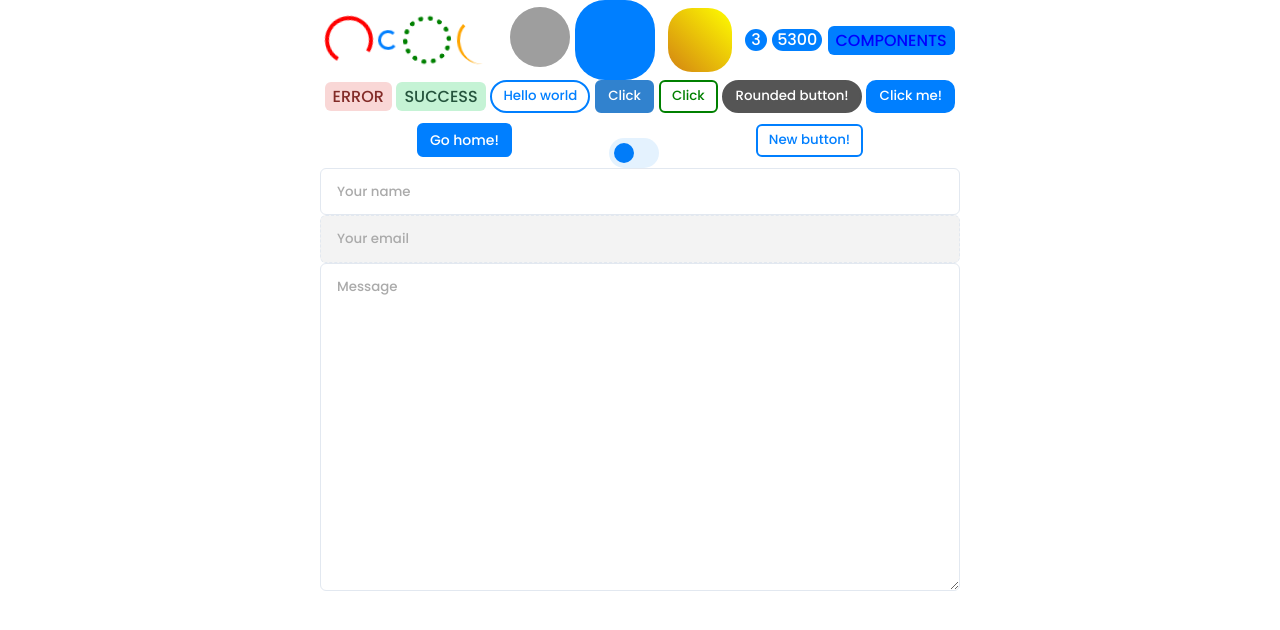
Repository: langf00rd/milky-ui
Page: / (app in example/)
These files come from the project's save history. The page is drawn as it stood at one moment and after the next save; the edit follows.
The browser window is 1280 px wide. The pictures show the whole page.
Pictures or frames that could not be fetched are drawn as grey boxes. The project was rebuilt for these pictures with package versions that can differ from the ones it lists, and the page was loaded fresh each time.

Above is the page before, as saved 2022-08-12 13:50:04.

### example/public/index.html
<!DOCTYPE html>
<html lang="en">
  <head>
    <meta charset="utf-8" />
    <link rel="shortcut icon" href="%PUBLIC_URL%/favicon.ico" />
    <meta
      name="viewport"
      content="width=device-width, initial-scale=1, shrink-to-fit=no"
    />
    <meta name="theme-color" content="#000000" />

    <!--
      manifest.json provides metadata used when your web app is added to the
      homescreen on Android. See https://developers.google.com/web/fundamentals/engage-and-retain/web-app-manifest/
    -->
    <link rel="manifest" href="%PUBLIC_URL%/manifest.json" />

    <!--
      Notice the use of %PUBLIC_URL% in the tags above.
      It will be replaced with the URL of the `public` folder during the build.
      Only files inside the `public` folder can be referenced from the HTML.

      Unlike "/favicon.ico" or "favicon.ico", "%PUBLIC_URL%/favicon.ico" will
      work correctly both with client-side routing and a non-root public URL.
      Learn how to configure a non-root public URL by running `npm run build`.
    -->
    <title>milky-ui</title>
  </head>

  <body>
    <noscript>
      You need to enable JavaScript to run this app.
    </noscript>

    <div id="root"></div>

    <!--
      This HTML file is a template.
      If you open it directly in the browser, you will see an empty page.

      You can add webfonts, meta tags, or analytics to this file.
      The build step will place the bundled scripts into the <body> tag.

      To begin the development, run `npm start` or `yarn start`.
      To create a production bundle, use `npm run build` or `yarn build`.
    -->
  </body>
</html>

### example/src/index.css
@import url('https://fonts.googleapis.com/css2?family=Poppins:wght@300;400;500;600&display=swap');

body {
  margin: 0;
  padding: 0;
  font-family: -apple-system, BlinkMacSystemFont, 'Segoe UI', 'Roboto', 'Oxygen',
    'Ubuntu', 'Cantarell', 'Fira Sans', 'Droid Sans', 'Helvetica Neue',
    sans-serif;
  -webkit-font-smoothing: antialiased;
  -moz-osx-font-smoothing: grayscale;
}

* {
  font-family: 'Poppins', sans-serif;
  font-weight: 500;
}

code {
  font-family: source-code-pro, Menlo, Monaco, Consolas, 'Courier New',
    monospace;
}

main {
  display: flex;
  align-items: center;
  flex-wrap: wrap;
  justify-content: space-evenly;
  /*height: 20vh;*/
  width: 50vw;
  margin: auto;
  /*margin-top: 100px;*/
}

input {
  /*margin: 20px;*/
}

### example/src/App.js
import React from "react";
import { useState } from "react";
import { Avatar, Label,Spinner, Meta, Badge, Switch, Button, Input, OutlineButton } from "milky-ui";

const App = () => {
  const [isSwitched, setIsSwitched] = useState(false);

  const buttonClick=()=>{
    alert("Yay! button clicked")
  }

  return (
    <main>
      <Meta
        title="Milky UI Components"
        description="Random description"
        twitterDescription="Twitter description"
        image="https://blog.urbanpiper.com/content/images/2021/06/logo-react.png"
      />
      <Spinner speed={'.5s'} thickness={'4px'} color={'red'} />
      <Spinner thickness={'3px'} size={'20px'} />
      <Spinner color={'green'} variant={1} />
      <Spinner color={'orange'} variant={2} />
      <Avatar src="https://blog.urbanpiper.com/content/images/2021/06/logo-react.png" />
      <Avatar isEmpty={true} radius="30px" bg="#007fff" size="80px" />
      <Avatar isEmpty={true} custom={"transform: scale(.8)"} radius="30px" bg="linear-gradient(45deg, #D38312, yellow)"
              size="80px" />
      <Badge label="3" />
      <Badge label="5300" />
      <Label color='blue' text='COMPONENTS' />
      <Label type='error' text='ERROR' />
      <Label type='success' text='SUCCESS' />
      <OutlineButton label={"Hello world"} radius={"1000px"} hoverColor={"red"} />
      <Button bg='#3182ce' label='Click'/>
      <OutlineButton color='green' label='Click'/>
      <Button hoverBg={"green"} radius="9999px" label="Rounded button!" bg={"#555"} />
      <Button radius={"10px"} action={buttonClick} label="Click me!" />
      <Button to={"/home"} label={"Go home!"} />
      <Switch onChange={() => {
        setIsSwitched(!isSwitched);
      }} value={isSwitched} />
      <OutlineButton action={buttonClick} label="New button!" />
      <Input placeholder="Your name" />
      <Input borderStyle='dashed' disabled placeholder="Your email" />
      <Input isMultiline={true} height="300px" resize="vertical" placeholder="Message" />
    </main>
  );
};

export default App;

### src/index.js
export { OutlineButton } from './components/buttons/OutlineButton'
export { Button } from './components/buttons/Button'
export { Input } from './components/inputs/Input'
export { Spinner } from './components/Spinner'
export { Switch } from './components/Switch'
export { Avatar } from './components/Avatar'
export { Badge } from './components/Badge'
export { Label } from './components/Label'
export { Meta } from './components/Meta'

### src/components/buttons/OutlineButton/index.js
import React from 'react'
import { StyledOutlinedButton } from './styles'

export const OutlineButton = ({
  height = '',
  width = '',
  radius = '',
  color = '',
  hoverColor = '',
  label = '',
  action = () => {},
  custom
}) => {
  return (
    <StyledOutlinedButton
      height={height}
      width={width}
      hoverColor={hoverColor}
      radius={radius}
      color={color}
      onClick={action}
      custom={custom}
    >
      {label}
    </StyledOutlinedButton>
  )
}

### src/components/buttons/Button/index.js
import React from 'react'
import { StyledMButton, StyledMLinkButton } from './styles'

const LinkButton = ({ props }) => {
  const {
    bg,
    to,
    radius,
    label,
    height,
    width,
    borderColor,
    textColor,
    hoverTextColor,
    hoverBg,
    action,
    custom
  } = props
  return (
    <StyledMLinkButton
      bg={bg}
      href={to}
      radius={radius}
      height={height}
      width={width}
      borderColor={borderColor}
      textColor={textColor}
      hoverTextColor={hoverTextColor}
      hoverBg={hoverBg}
      onClick={action}
      custom={custom}
    >
      {label}
    </StyledMLinkButton>
  )
}

/***/

const DefaultButton = ({ props }) => {
  const {
    bg,
    radius,
    label,
    height,
    width,
    borderColor,
    textColor,
    hoverTextColor,
    hoverBg,
    action,
    custom
  } = props
  return (
    <StyledMButton
      bg={bg}
      radius={radius}
      height={height}
      width={width}
      borderColor={borderColor}
      textColor={textColor}
      hoverTextColor={hoverTextColor}
      hoverBg={hoverBg}
      onClick={action}
      custom={custom}
    >
      {label}
    </StyledMButton>
  )
}

export const Button = (props) => {
  const { to } = props
  if (to) return <LinkButton props={props} />
  return <DefaultButton props={props} />
}

### src/components/inputs/Input/index.js
import React from 'react'
import { StyledInput, StyledMultilineInput } from './styles'

export const Input = ({
  disabled = false,
  height = '',
  resize = '',
  padding = '',
  isMultiline = false,
  onChange = () => {},
  value,
  focusBg = '',
  focusBorderColor = '',
  width = '',
  radius = '',
  placeholder = '',
  borderStyle = '',
  placeholderColor = '',
  borderColor = '',
  bg = '',
  borderWidth = '',
  custom
}) => {
  if (isMultiline)
    return (
      <StyledMultilineInput
        focusBorderColor={focusBorderColor}
        placeholder={placeholder}
        onChange={onChange}
        disabled={disabled}
        custom={custom}
        focusBg={focusBg}
        padding={padding}
        borderWidth={borderWidth}
        resize={resize}
        radius={radius}
        height={height}
        value={value}
        borderStyle={borderStyle}
        placeholderColor={placeholderColor}
        borderColor={borderColor}
        width={width}
        bg={bg}
      />
    )

  return (
    <StyledInput
      focusBorderColor={focusBorderColor}
      placeholder={placeholder}
      onChange={onChange}
      disabled={disabled}
      focusBg={focusBg}
      padding={padding}
      borderWidth={borderWidth}
      radius={radius}
      borderStyle={borderStyle}
      placeholderColor={placeholderColor}
      borderColor={borderColor}
      value={value}
      width={width}
      bg={bg}
    />
  )
}

### src/components/Spinner/index.js
import React from 'react'
import { StyledSpinner, StyledSpinner1, StyledSpinner2 } from './styles'

export const Spinner = (props) => {
  const { size, color, variant, thickness, speed } = props
  if (variant === 1)
    return (
      <StyledSpinner1
        thickness={thickness}
        speed={speed}
        size={size}
        color={color}
      />
    )
  if (variant === 2)
    return (
      <StyledSpinner2
        thickness={thickness}
        speed={speed}
        size={size}
        color={color}
      />
    )
  return (
    <StyledSpinner
      thickness={thickness}
      speed={speed}
      size={size}
      color={color}
    />
  )
}

### src/components/Switch/index.js
import React from 'react'
import { StyledLabel, StyledSwitch } from './style'

export const Switch = ({
  value = false,
  onChange = () => {},
  thumbColor = '',
  activeColor = '',
  inactiveColor = ''
}) => {
  return (
    <span>
      <StyledSwitch
        activeColor={activeColor}
        checked={value}
        onChange={onChange}
        type='checkbox'
        id='switch'
      />
      <StyledLabel
        thumbColor={thumbColor}
        inactiveColor={inactiveColor}
        htmlFor='switch'
      />
    </span>
  )
}

### src/components/Avatar/index.js
import React from 'react'
import { StyledAvatar, StyledAvatarWrapper, StyledEmptyAvatar } from './styles'

export const Avatar = ({
  action = () => {},
  alt = '',
  bg = '',
  isEmpty = false,
  fit = '',
  size = '',
  src = '',
  radius = '',
  custom
}) => {
  if (isEmpty)
    return (
      <StyledAvatarWrapper>
        <StyledEmptyAvatar
          fit={fit}
          bg={bg}
          custom={custom}
          size={size}
          radius={radius}
          src={src}
          onClick={action}
          isEmpty={isEmpty}
        />
      </StyledAvatarWrapper>
    )

  return (
    <StyledAvatarWrapper>
      <StyledAvatar
        fit={fit}
        bg={bg}
        custom={custom}
        size={size}
        radius={radius}
        src={src}
        alt={alt}
        onClick={action}
        isEmpty={isEmpty}
      />
    </StyledAvatarWrapper>
  )
}

### src/components/Badge/index.js
import React from 'react'
import { StyledBadge } from './styles'

export const Badge = ({
  label = '',
  bg = '',
  size = '',
  textColor = '',
  radius = '',
  fontSize = '',
  custom
}) => {
  return (
    <StyledBadge
      bg={bg}
      textColor={textColor}
      radius={radius}
      fontSize={fontSize}
      size={size}
      custom={custom}
    >
      {label}
    </StyledBadge>
  )
}

### src/components/Label/index.js
import React from 'react'
import { StyledErrorLabel, StyledLabel, StyledSucessLabel } from './styles'

export const Label = (props) => {
  const { text, color, bg, type } = props
  if (type === 'success') return <StyledSucessLabel>{text}</StyledSucessLabel>
  if (type === 'error') return <StyledErrorLabel>{text}</StyledErrorLabel>
  return (
    <StyledLabel color={color} bg={bg}>
      {text}
    </StyledLabel>
  )
}

### src/components/buttons/OutlineButton/styles.js
import styledComponents from 'styled-components'
import { constStyles } from '../../../constants/styles.const'

export const StyledOutlinedButton = styledComponents.button`
    // padding: .7rem 1.3rem;
    // height: ${(p) => (p.height ? p.height : '')};
    // width: ${(p) => (p.width ? p.width : 'max-content')};
    // border: 2.3px solid ${(p) => (p.color ? p.color : '#007fff')};
    // cursor: pointer;
    // border-radius: ${(p) => (p.radius ? p.radius : '10px')};
    // background: transparent;
    // color: ${(p) => (p.color ? p.color : '#007fff')};
    // transition: 0.1s linear;
    // display:flex;
    // align-items:center;
    // justify-content:center;
    // user-select: none;

    border-radius: ${(p) => (p.radius ? p.radius : constStyles.radius)};
    border: 2.3px solid ${(p) => (p.color ? p.color : '#007fff')};
    width: ${(p) => (p.width ? p.width : 'max-content')};
    color: ${(p) => (p.color ? p.color : '#007fff')};
    height: ${(p) => (p.height ? p.height : '')};
    cursor: pointer;
    background: transparent;
    transition: 0.1s linear;
    align-items:center;
    justify-content:center;
    user-select: none;
    display: inline-flex;
    -webkit-box-align: center;
    white-space: nowrap;
    vertical-align: middle;
    line-height: 1.2;
    padding: 0.4rem 0.7rem;

    &:hover  {
        color: ${(p) => (p.hoverColor ? p.hoverColor : p.hoverColor)};
        border-color: ${(p) => (p.hoverColor ? p.hoverColor : p.hoverColor)};
    }

    &:active {
        box-shadow: rgb(38 57 77) 0px 6px 21px -11px;
        transform: scale(0.9);
    }

    ${(p) => (p.custom ? p.custom : null)};
`

### src/components/buttons/Button/styles.js
import styledComponents from 'styled-components'
import { constStyles } from '../../../constants/styles.const'

export const StyledMButton = styledComponents.button`
    border-radius: ${(p) => (p.radius ? p.radius : constStyles.radius)};
    border: 2.3px solid ${(p) => (p.bg ? p.bg : '#007fff')};
    color: ${(p) => (p.textColor ? p.textColor : '#fff')};
    width: ${(p) => (p.width ? p.width : 'max-content')};
    background: ${(p) => (p.bg ? p.bg : '#007fff')};
    height: ${(p) => (p.height ? p.height : '')};
    cursor: pointer;
    transition: 0.1s linear;
    align-items:center;
    justify-content:center;
    user-select: none;
    display: inline-flex;
    -webkit-box-align: center;
    white-space: nowrap;
    vertical-align: middle;
    line-height: 1.2;
    padding: 0.4rem 0.7rem;

    &:hover {
        color: ${(p) => (p.hoverTextColor ? p.hoverTextColor : p.textColor)};
        border-color: ${(p) => (p.hoverBg ? p.hoverBg : p.hoverBg)};
        background: ${(p) => (p.hoverBg ? p.hoverBg : p.bg)};
    }

    &:active {
        transform: scale(0.9);
        box-shadow: rgb(38 57 77) 0px 6px 21px -11px;
    }

    ${(p) => (p.custom ? p.custom : null)};
`

/***/

export const StyledMLinkButton = styledComponents.a`
    height: ${(p) => (p.height ? p.height : '')};
    width: ${(p) => (p.width ? p.width : 'max-content')};
    border: 2.3px solid ${(p) => (p.bg ? p.bg : '#007fff')};
    cursor: pointer;
    border-radius: ${(p) => (p.radius ? p.radius : constStyles.radius)};
    background: ${(p) => (p.bg ? p.bg : '#007fff')};
    color: ${(p) => (p.textColor ? p.textColor : '#fff')};
    transition: 0.1s linear;
    align-items:center;
    justify-content:center;
    user-select: none;
    display: inline-flex;
    -webkit-box-align: center;
    white-space: nowrap;
    vertical-align: middle;
    line-height: 1.2;
    padding: 0.4rem 0.7rem;
    text-decoration: none;
    font-size: 14px;

    &:hover,
    &:active {
        color: ${(p) => (p.bg ? p.bg : p.textColor)};
        background: ${(p) => (p.hoverBg ? p.hoverBg : p.bg)};
        border-color: ${(p) => (p.hoverBg ? p.hoverBg : p.hoverBg)};
    }

    &:active {
        transform: scale(0.9);
        box-shadow: rgb(38 57 77) 0px 6px 21px -11px;
    }

    ${(p) => (p.custom ? p.custom : null)};
`

### src/components/inputs/Input/styles.js
import styledComponents from 'styled-components'
import { colors } from '../../../constants/colors.const'
import { constStyles } from '../../../constants/styles.const'

export const StyledInput = styledComponents.input`
    border-color: ${(p) =>
      p.borderColor ? p.borderColor : colors.borderColor};
    border-width: ${(p) => (p.borderWidth ? p.borderWidth : '1px')};
    border-radius: ${(p) => (p.radius ? p.radius : constStyles.radius)};
    border-style: ${(p) => (p.borderStyle ? p.borderStyle : 'solid')};
    padding: 0.8rem 1rem;
    background: ${(p) => (p.bg ? p.bg : '#fff')};
    width: ${(p) => (p.width ? p.width : '100%')};
    outline-color: ${(p) =>
      p.focusBorderColor ? p.focusBorderColor : colors.inputOutlineColor};

    &:focus {
      box-shadow: 0 0 10px 0px ${colors.shadowColor};
      background: ${(p) => (p.focusBg ? p.focusBg : '#fff')};
    }

    &:disabled {
        background: ${colors.disabledInputColor};
    }

    &::placeholder {
      color: ${(p) =>
        p.placeholderColor ? p.placeholderColor : colors.placeholderColor}
    }

    ${(p) => (p.custom ? p.custom : null)};
`

export const StyledMultilineInput = styledComponents.textarea`
    outline-color: ${(p) =>
      p.focusBorderColor ? p.focusBorderColor : colors.inputOutlineColor};
    height: ${(p) => (p.height ? p.height : '')};
    resize ${(p) => (p.resize ? p.resize : 'none')};
    border-color: ${(p) =>
      p.borderColor ? p.borderColor : colors.borderColor};
      border-width: ${(p) => (p.borderWidth ? p.borderWidth : '1px')};
    border-radius: ${(p) => (p.radius ? p.radius : constStyles.radius)};
    border-style: ${(p) => (p.borderStyle ? p.borderStyle : 'solid')};
    background: ${(p) => (p.bg ? p.bg : '#fff')};
    width: ${(p) => (p.width ? p.width : '100%')};
    font-family: inherit;
    padding: 0.8rem 1rem;
    text-align: left;

    &:focus {
      background: ${(p) => (p.focusBg ? p.focusBg : '#fff')};
      box-shadow: 0 0 10px 0px ${colors.shadowColor};
    }

    &:disabled {
        background: ${colors.disabledInputColor};
    }

    &::placeholder {
      color: ${(p) =>
        p.placeholderColor ? p.placeholderColor : colors.placeholderColor}
    }

    ${(p) => (p.custom ? p.custom : null)};
`

### src/components/Spinner/styles.js
import styledComponents from 'styled-components'
import { colors } from '../../constants/colors.const'

export const StyledSpinner = styledComponents.div`
  width: ${(p) => (p.size ? p.size : '48px')};
  height: ${(p) => (p.size ? p.size : '48px')};
  border: ${(p) => (p.thickness ? p.thickness : '4px')} solid ${(p) =>
  p.color ? p.color : colors.primary};
  border-bottom-color: transparent;
  border-radius: 50%;
  display: inline-block;
  box-sizing: border-box;
  animation: rotation  ${(p) => (p.speed ? p.speed : '2s')} linear infinite;

  @keyframes rotation {
  0% { transform: rotate(0deg); }
  100% { transform: rotate(360deg); }
`

/***/

export const StyledSpinner1 = styledComponents.div`
  width: ${(p) => (p.size ? p.size : '48px')};
  height: ${(p) => (p.size ? p.size : '48px')};
  border: 5px dotted ${(p) => (p.color ? p.color : colors.primary)};
  border-radius: 50%;
  display: inline-block;
  position: relative;
  box-sizing: border-box;
  animation: rotation ${(p) => (p.speed ? p.speed : '2s')} linear infinite;

  @keyframes rotation {
  0% {
    transform: rotate(0deg);
  }
  100% {
    transform: rotate(360deg);
  }
}
`

/***/

export const StyledSpinner2 = styledComponents.div`
  width: ${(p) => (p.size ? p.size : '48px')};
  height: ${(p) => (p.size ? p.size : '48px')};
  border-radius: 50%;
  display: inline-block;
  border-top: ${(p) => (p.thickness ? p.thickness : '3px')} solid ${(p) =>
  p.color ? p.color : colors.primary};
  border-right: 3px solid transparent;
  box-sizing: border-box;
  animation: rotation  ${(p) => (p.speed ? p.speed : '2s')} linear infinite;

  @keyframes rotation {
  0% {
    transform: rotate(0deg);
  }
  100% {
    transform: rotate(360deg);
  }
}
`

### src/components/Switch/style.js
import styledComponents from 'styled-components'

export const StyledSwitch = styledComponents.input`
    height: 0;
    width: 0;
    visibility: hidden;

    &:checked+label:after {
        left: calc(100% - 5px);
        transform: translateX(-100%);
    }

    &:checked+label {
        background: ${(p) => (p.activeColor ? p.activeColor : '#2195f351')};
    }
`

export const StyledLabel = styledComponents.label`
    cursor: pointer;
    text-indent: -9999px;
    width: 50px;
    height: 30px;
    display: block;
    border-radius: 100px;
    position: relative;
    background: ${(p) => (p.inactiveColor ? p.inactiveColor : '#2196f31f')};

    &:after {
        content: '';
        position: absolute;
        top: 5px;
        left: 5px;
        width: 20px;
        height: 20px;
        background: ${(p) => (p.thumbColor ? p.thumbColor : '#017cf9')};
        border-radius: 90px;
        transition: 0.3s;
    }
    // stretchy bouncy effect on click
    // &:active:after {
    //     width: 30px;
    // }
`

### src/components/Avatar/styles.js
import styledComponents from 'styled-components'

export const StyledAvatar = styledComponents.img`
    border-radius: ${(p) => (p.radius ? p.radius : '9999px')};
    background: ${(p) => (p.bg ? p.bg : '#f1f1f1')};
    object-fit: ${(p) => (p.fit ? p.fit : 'cover')};
    height: ${(p) => (p.size ? p.size : '60px')};
    width: ${(p) => (p.size ? p.size : '60px')};
    ${(p) => (p.custom ? p.custom : null)};
`

export const StyledEmptyAvatar = styledComponents.div`
    border-radius: ${(p) => (p.radius ? p.radius : '9999px')};
    background: ${(p) => (p.bg ? p.bg : '#f1f1f1')};
    object-fit: ${(p) => (p.fit ? p.fit : 'cover')};
    height: ${(p) => (p.size ? p.size : '60px')};
    width: ${(p) => (p.size ? p.size : '60px')};
    ${(p) => (p.custom ? p.custom : null)};
`

export const StyledAvatarWrapper = styledComponents.div`
    width: max-content;
`

### src/components/Badge/styles.js
import styledComponents from 'styled-components'

export const StyledBadge = styledComponents.div`
  font-size: ${(p) => (p.fontSize ? p.fontSize : 'inherit')};
  border-radius: ${(p) => (p.radius ? p.radius : '500px')};
  color: ${(p) => (p.textColor ? p.textColor : '#fff')};
  min-width: ${(p) => (p.size ? p.size : '22px')};
  background: ${(p) => (p.bg ? p.bg : '#007fff')};
  height: ${(p) => (p.size ? p.size : '22px')};
  box-sizing: border-box;
  padding: 0 5px;
  vertical-align: middle;
  display: inline-flex;
  justify-content: center;
  align-items: center;
  line-height: 0;
  ${(p) => (p.custom ? p.custom : null)};
`

### src/components/Label/styles.js
import styledComponents from 'styled-components'
import { colors } from '../../constants/colors.const'
import { constStyles } from '../../constants/styles.const'

export const StyledLabel = styledComponents.div`
    background: ${(p) => (p.bg ? p.bg : colors.primary)};
    border-radius: ${constStyles.radius};
    color: ${(p) => (p.color ? p.color : '#fff')};
    padding: 2px 8px;
`

/***/

export const StyledSucessLabel = styledComponents.div`
background: ${colors.sucess};
border-radius: ${constStyles.radius};
color: ${colors.successTextColor};
padding: 2px 8px;
`

/***/

export const StyledErrorLabel = styledComponents.div`
background: ${colors.error};
border-radius: ${constStyles.radius};
color: ${colors.errorTextColor};
padding: 2px 8px;
`

### src/constants/meta.const.js
export const META_CONTENT = {
  robots: 'follow, index',
  description: '',
  site_name: '',
  image_alt: '',
  image: '',
  title: '',
  url: '',

  /* Twitter meta data */
  twitter_card: 'summary_large_image',
  twitter_description: '',
  twitter_image_alt: '',
  twitter_creator: '',
  twitter_domain: '',
  twitter_title: '',
  twitter_image: '',
  twitter_url: '',

  /* Open Graph / Facebook data */
  og_description: '',
  og_image_alt: '',
  og_site_name: '',
  og_title: '',
  og_image: '',
  og_type: '',
  og_url: ''
}

### src/constants/styles.const.js
export const constStyles = {
  radius: '0.375rem'
}

### src/constants/colors.const.js
export const colors = {
  primary: '#007fff',
  secondary: '',
  accent: '',
  inputOutlineColor: '#007fff55',
  inputBorderColor: '#e1e1e1',
  shadowColor: '#b3b3b340',
  disabledInputColor: '#f1f1f1cc',
  placeholderColor: '#aaa',
  borderColor: '#E2E8F0',
  sucess: '#C5F3D5',
  error: '#F9D7D6',
  successTextColor: '#25543D',
  errorTextColor: '#822B27'
}

Loaded but not shown: example/src/index.js (common file); src/components/Meta/index.js (63 lines, source omitted)

After the next save:
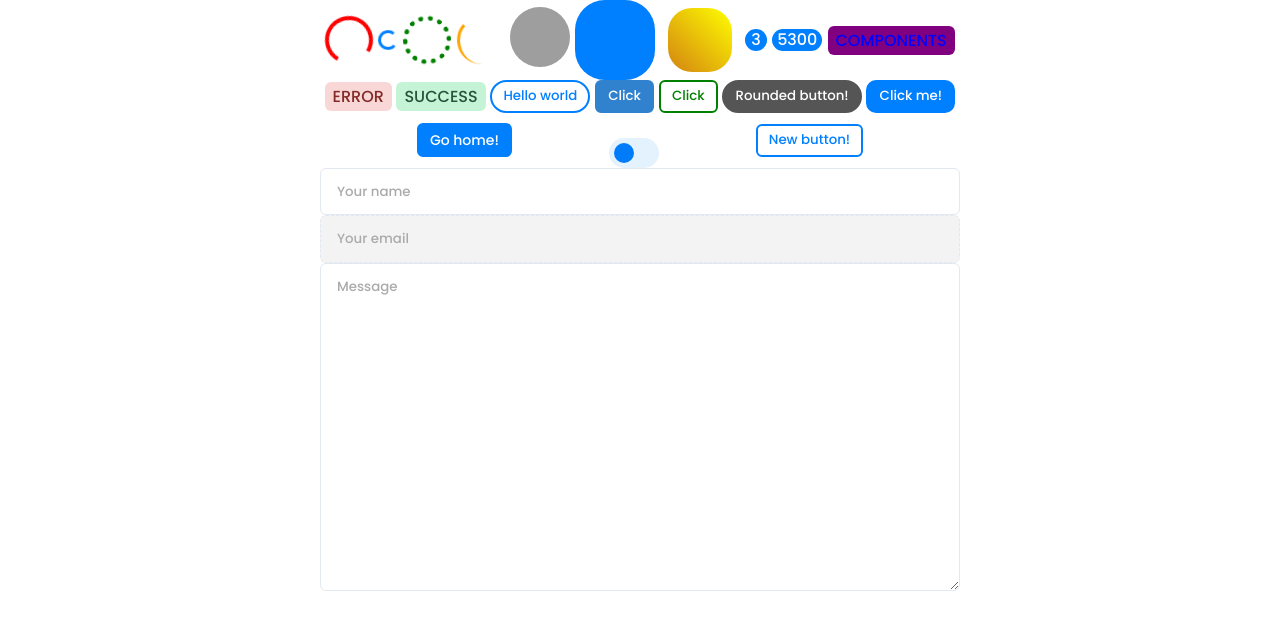
Saved 5 s later.
--- a/example/src/App.js
+++ b/example/src/App.js
@@ -27,7 +27,7 @@ const App = () => {
               size="80px" />
       <Badge label="3" />
       <Badge label="5300" />
-      <Label color='blue' text='COMPONENTS' />
+      <Label color='blue' bg='purple' text='COMPONENTS' />
       <Label type='error' text='ERROR' />
       <Label type='success' text='SUCCESS' />
       <OutlineButton label={"Hello world"} radius={"1000px"} hoverColor={"red"} />
